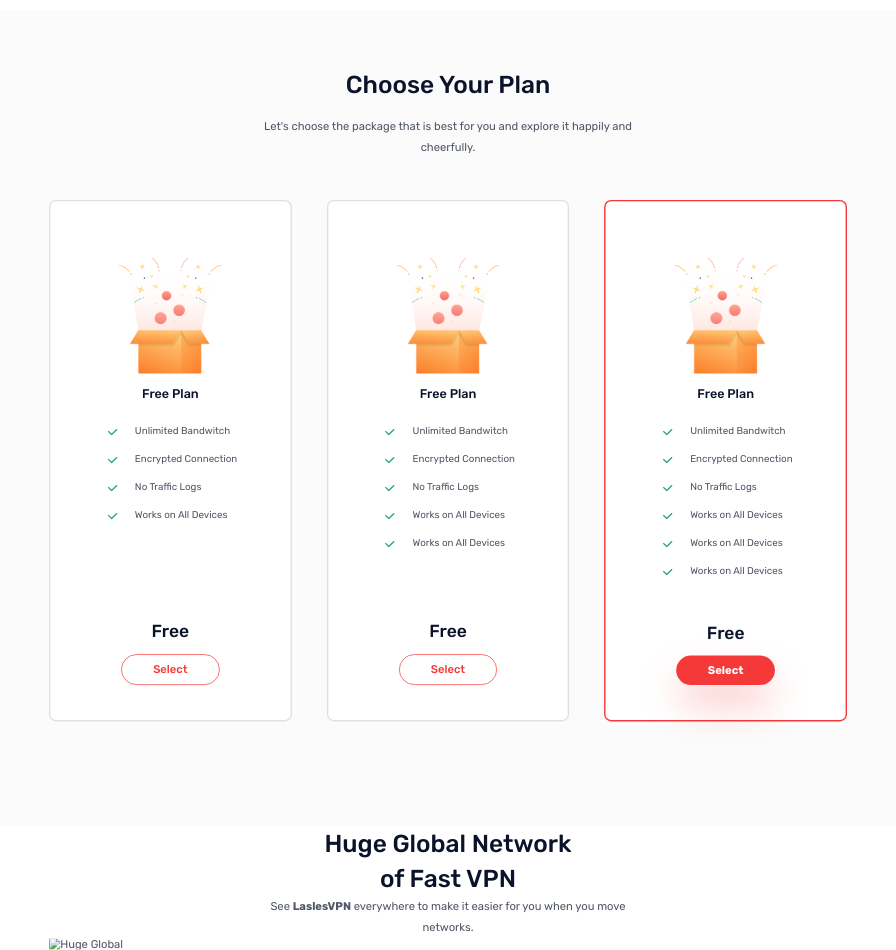
Repository: kebinh1235/lasles-demo
Page: index.html
These files come from the project's save history. The page is drawn as it stood at one moment and after the next save; the edit follows.
The browser window is 1280 px wide. The pictures show the part of the page from y = 1421 to 3341 px (the page is 2778 px tall before and 3341 px after), at 70% of full size.
The style sheet was rebuilt from its Sass, Less or Tailwind sources for each picture, by a compiler version that may differ from the author's.

Above is the page before, as saved 2021-11-04 13:55:51.

### index.html
<!DOCTYPE html>
<html lang="en">
<head>
  <meta charset="UTF-8">
  <meta http-equiv="X-UA-Compatible" content="IE=edge">
  <meta name="viewport" content="width=device-width, initial-scale=1.0">
  <title>Lales VPN</title>
  <!-- Google Font -->
  <link rel="preconnect" href="https://fonts.googleapis.com">
  <link rel="preconnect" href="https://fonts.gstatic.com" crossorigin>
  <link href="https://fonts.googleapis.com/css2?family=Nunito:wght@300;400&family=Rubik:wght@400;500;700&display=swap" rel="stylesheet">
  <!-- CSS -->
  <link rel="stylesheet" href="./css/app.css">
</head>
<body>
  <div class="wrapper">
    <header class="header">
      <div class="container">
        <div class="header__container">
          <img class="header__logo" srcset="./images/logo.png 2x" alt="Logo">
          <ul class="menu">
            <li class="menu-item">
              <a href="#" class="menu-link">Home</a>
            </li>
            <li class="menu-item">
              <a href="#" class="menu-link">Features</a>
            </li>
            <li class="menu-item">
              <a href="#" class="menu-link">Pricing</a>
            </li>
            <li class="menu-item">
              <a href="#" class="menu-link">Testimonials</a>
            </li>
            <li class="menu-item">
              <a href="#" class="menu-link">Help</a>
            </li>
          </ul>
          <div class="header__auth">
            <a href="#" class="header__auth-signin">Sign In</a>
            <a href="#" class="btn btn__outline">Sign Up</a>
          </div>
        </div>
      </div>
    </header>
    <main>
      <section class="hero">
        <div class="container">
          <div class="hero__container">
            <div class="hero__content">
              <h1 class="hero__title">
                Want anything to be easy with <strong>LaslesVPN.</strong>
              </h1>
              <p class="hero__desc">Provide a network for all your needs with ease and fun using <strong>LaslesVPN.</strong> discover interesting features from us.</p>
              <a href="#" class="btn btn__primary btn__rounded-sm">Get Started</a>
            </div>
            <div class="hero__img">
              <img srcset="./images/hero.png 2x" alt="">
            </div>
          </div>
        </div>
      </section>
      <section class="intro">
        <div class="container">
          <div class="intro__container">
            <div class="intro__item">
              <div class="intro__icon">
                <img src="./images/Icon/Group 1216.png" alt="Users" title="Users">
              </div>
              <div class="intro__info">
                <h3 class="intro__title">90+</h3>
                <span class="intro__text">Users</span>
              </div>
            </div>
            <div class="intro__item">
              <div class="intro__icon">
                <img srcset="./images/Icon/location.png 2x"alt="Location" title="Location">
              </div>
              <div class="intro__info">
                <h3 class="intro__title">30+</h3>
                <span class="intro__text">Locations</span>
              </div>
            </div>
            <div class="intro__item">
              <div class="intro__icon">
                <img srcset="./images/Icon/Server.png 2x" alt="Server" title="Server">
              </div>
              <div class="intro__info">
                <h3 class="intro__title">50+</h3>
                <span class="intro__text">Servers</span>
              </div>
            </div>
          </div>
        </div>
      </section>
      <section class="feature">
        <div class="container">
          <div class="feature__container">
            <div class="feature__img">
              <img srcset="./images/fearture.png 2x" alt="Feature" title="Feature">
            </div>
            <div class="feature__info">
              <h2 class="feature__title heading">We Provide Many Features You Can Use</h2>
              <p class="feature__desc text">You can explore the features that we provide with fun and have their own functions each feature.</p>
              <ul class="feature__list">
                <li class="feature__item">
                  <img src="./images/Icon/check.svg" alt="Checked" title="Checked">
                  <span>Powerfull online protection.</span>
                </li>
                <li class="feature__item">
                  <img src="./images/Icon/check.svg" alt="Checked" title="Checked">
                  <span>Internet without borders.</span>
                </li>
                <li class="feature__item">
                  <img src="./images/Icon/check.svg" alt="Checked" title="Checked">
                  <span>Supercharged VPN</span>
                </li>
                <li class="feature__item">
                  <img src="./images/Icon/check.svg" alt="Checked" title="Checked">
                  <span>No specific time limits.</span>
                </li>
              </ul>
            </div>
          </div>
        </div>
      </section>
      <section class="plan">
        <div class="container">
          <div class="plan__container">
            <div class="plan__header">
              <h2 class="heading">Choose Your Plan</h2>
              <p class="plan__desc text">Let's choose the package that is best for you and explore it happily and cheerfully.</p>
            </div>
            <div class="plan__main">
              <div class="plan__item">
                <div class="plan__img">
                  <img srcset="./images/Icon/Free.png 2x" alt="Free Plan" title="Free Plan">
                </div>
                <h3 class="plan__title">Free Plan</h3>
                <ul class="plan__list">
                  <li class="plan__list-item">
                    <img src="./images/Icon/checkplan.svg" alt="">
                    <span>Unlimited Bandwitch</span>
                  </li>
                  <li class="plan__list-item">
                    <img src="./images/Icon/checkplan.svg" alt="">
                    <span>Encrypted Connection</span>
                  </li>
                  <li class="plan__list-item">
                    <img src="./images/Icon/checkplan.svg" alt="">
                    <span>No Traffic Logs</span>
                  </li>
                  <li class="plan__list-item">
                    <img src="./images/Icon/checkplan.svg" alt="">
                    <span>Works on All Devices</span>
                  </li>
                </ul>
                <h4 class="plan__price">Free</h4>
                <a href="#" class="btn btn__outline">Select</a>
              </div>
              <div class="plan__item">
                <div class="plan__img">
                  <img srcset="./images/Icon/Free.png 2x" alt="Free Plan" title="Free Plan">
                </div>
                <h3 class="plan__title">Free Plan</h3>
                <ul class="plan__list">
                  <li class="plan__list-item">
                    <img src="./images/Icon/checkplan.svg" alt="">
                    <span>Unlimited Bandwitch</span>
                  </li>
                  <li class="plan__list-item">
                    <img src="./images/Icon/checkplan.svg" alt="">
                    <span>Encrypted Connection</span>
                  </li>
                  <li class="plan__list-item">
                    <img src="./images/Icon/checkplan.svg" alt="">
                    <span>No Traffic Logs</span>
                  </li>
                  <li class="plan__list-item">
                    <img src="./images/Icon/checkplan.svg" alt="">
                    <span>Works on All Devices</span>
                  </li>
                  <li class="plan__list-item">
                    <img src="./images/Icon/checkplan.svg" alt="">
                    <span>Works on All Devices</span>
                  </li>
                </ul>
                <h4 class="plan__price">Free</h4>
                <a href="#" class="btn btn__outline">Select</a>
              </div>
              <div class="plan__item plan__active">
                <div class="plan__img">
                  <img srcset="./images/Icon/Free.png 2x" alt="Free Plan" title="Free Plan">
                </div>
                <h3 class="plan__title">Free Plan</h3>
                <ul class="plan__list">
                  <li class="plan__list-item">
                    <img src="./images/Icon/checkplan.svg" alt="">
                    <span>Unlimited Bandwitch</span>
                  </li>
                  <li class="plan__list-item">
                    <img src="./images/Icon/checkplan.svg" alt="">
                    <span>Encrypted Connection</span>
                  </li>
                  <li class="plan__list-item">
                    <img src="./images/Icon/checkplan.svg" alt="">
                    <span>No Traffic Logs</span>
                  </li>
                  <li class="plan__list-item">
                    <img src="./images/Icon/checkplan.svg" alt="">
                    <span>Works on All Devices</span>
                  </li>
                  <li class="plan__list-item">
                    <img src="./images/Icon/checkplan.svg" alt="">
                    <span>Works on All Devices</span>
                  </li>
                  <li class="plan__list-item">
                    <img src="./images/Icon/checkplan.svg" alt="">
                    <span>Works on All Devices</span>
                  </li>
                </ul>
                <h4 class="plan__price">Free</h4>
                <a href="#" class="btn btn__primary">Select</a>
              </div>
            </div>
          </div>
        </div>
      </section>
      <section class="network">
        <div class="container">
          <div class="network-container">
            <div class="network__container">
              <div class="network__header">
                <h2 class="network__title heading">Huge Global Network of Fast VPN</h2>
                <p class="network__desc text">See <strong>LaslesVPN</strong> everywhere to make it easier for you when you move networks.</p>
              </div>
              <div class="network__img">
                <img srcset="./images/Huge Global.png 2x" alt="Huge Global" title="Huge Global">
              </div>
          </div>
        </div>
      </section>
    </main>
  </div>
</body>
</html>

### sass/app.scss
@import "variables";
@import "global";
@import "reset";
@import "header";
@import "hero";
@import "intro";
@import "feature";
@import "plan";
@import "network";

### sass/_variables.scss
$font: "Rubik", sans-serif;
$text-color: #4f5665;
$heading-color: #0b132a;
$primary-color: #f53838;
$gray-color: #DDE0E4;
$gray-light-color: #fbfbfb;
$white-color: #fff;

### sass/_global.scss
.wrapper {
  max-width: 1440px;
  margin: 0 auto;
}
.container {
  max-width: 1170px;
  padding: 0 15px;
  margin: 0 auto;
}
body {
  font-family: $font;
  color: $text-color;
  line-height: 1;
  font-weight: 400;
  background: $white-color;
}
h1, h2, h3, h4, h5, h6 {
  color: $heading-color;
  font-weight: bold;
}
.btn {
  display: inline-block;
  padding: 13px 45px;
  border-radius: 100rem;
  font-family: $font;
  line-height: 1;
  font-weight: 500;
  cursor: pointer;
  &__primary {
    background: $primary-color;
    font-weight: 700;
    color: $white-color;
    box-shadow: 0 30px 54px -5px rgba(245, 56, 56, 0.35);
    &:hover {
      background: $white-color;
      transition: all .3s linear;
      color: $primary-color;
      border-color: $primary-color;
      transform: translateY(-2px);
    }
  }
  &__outline {
    background: transparent;
    color: $primary-color;
    border: 1px solid $primary-color;
    font-weight: 500;
    &:hover {
      background: $primary-color;
      transition: all .3s linear;
      color: $white-color;
      transform: translateY(-2px);
    }
  }
  &__rounded-sm {
    border-radius: 0.4rem;
  }
}
.heading {
  font-weight: 500;
  font-size: 35px;
  line-height: calc(50 / 35);
  margin-bottom: 20px;
}
.text {
  line-height: calc(30 / 16);
}

### sass/_reset.scss
html {
box-sizing: border-box;
}
* {
  margin: 0;
  padding: 0;
  text-decoration: none;
  list-style: none;
}
*,*:before,*:after {
box-sizing: border-box;
}
input,
textarea,
select,
button{
outline: none;
}
input{
line-height: normal;
}
label,
button{
cursor: pointer;
}
a {
text-decoration: none;
}
img {
display: block;
max-width: 100%;
}

### sass/_header.scss
.header {
  padding-top: 50px;
  padding-bottom: 90px;
  &__container {
    display:flex;
    justify-content: space-between;
    align-items: center;
  }
  &__auth {
    display:flex;
    align-items: center;
    gap: 0 30px;
    text-transform: capitalize;
    font-weight: 500;
    &-signin {
      color: $heading-color;
    }
    &-signup {
      color: $primary-color;
      border: 1px solid $primary-color;
      padding: 13px 45px;
      border-radius: 100rem;
    }

  }
}
.menu {
  display: flex;
  align-self: center;
  gap: 0 40px;
  &-link {
    color: inherit;
  }
}

### sass/_hero.scss
.hero {
  padding-bottom: 100px;
  &__container {
    display:flex;
    justify-content: space-between;
    align-items: center;
    gap: 0 40px;
    position: relative;
  }
  &__content {
    width: 100%;
    max-width: 555px;
  }
  &__title {
    font-size: 50px;
    font-weight: 500;
    margin-bottom: 20px;
    line-height: calc(70 / 50);
    color: $heading-color;
  }
  &__desc {
    flex-shrink: 0;
    line-height: calc(30 / 16);
    margin-bottom: 50px;
    strong {
      font-weight: 500;
    }
  }
  &__img {
    position: absolute;
    top: 50%;
    transform: translate(40px, -50%);
    right: 0;
  }
}
@media (max-width: 1023px) {
  .hero__container {
    flex-direction: row;
  }
}

### sass/_intro.scss
.intro {
  margin-bottom: 95px;
  &__container {
    background: #FFFFFF;
    border-radius: 10px;
    box-shadow: 0 42px 114px rgba(13,16,37, 0.064);
    padding: 37px 0;
    display: grid;
    grid-template-columns: repeat(3, minmax(0, 1fr));
    min-height: 200px;
  }
  &__item {
    display:flex;
    align-items: center;
    justify-content: center;
    gap: 0 37px;
    &:nth-child(2) {
      border-left: 2px solid #EEEFF2;
      border-right: 2px solid #EEEFF2;
    }
  }
  &__title {
    font-size: 25px;
    margin-bottom: 5px;
    line-height: calc(30 / 25);
  }
  &__text {
    font-size: 20px;
    line-height: calc(30 / 20);
  }
}

### sass/_feature.scss
.feature {
  padding-bottom: 130px;
  &__container{
    display:flex;
    justify-content: space-between;
    align-items: center;
    gap: 0 170px;
  }
  &__desc {
    max-width: 430px;
    margin-bottom: 20px;
  }
  &__title {
    max-width: 384px;
  }
  &__item {
    display: flex;
    align-items: center;
    gap: 0 10px;
    margin-bottom: 15px;
    font-size: 14px;
  }
}

### sass/_plan.scss
.plan {
  padding: 80px 0 150px;
  background: $gray-light-color;
  &__container {
  }
  &__header {
    max-width: 555px;
    margin: 0 auto 60px;
    text-align: center;
  }
  &__desc {
    line-height: calc(30 / 16);
  }
  &__main {
    display: grid;
    grid-template-columns: repeat(3, minmax(0, 1fr));
    grid-gap: 0 50px;
  }
  &__item {
    background: $white-color;
    border: 2px solid $gray-color;
    border-radius: 10px;
    padding: 80px 50px 50px;
    display: flex;
    flex-direction: column;
    justify-content: center;
    align-items: center;
    cursor: pointer;
  }
  &__item.plan__active,
  &__item:hover {
    border-color: $primary-color;
    transition: all .3s linear;
    .btn {
        background-color: $primary-color;
        color: $white-color;
        transition: all .3s linear;
    }
  }
  &__img {
    margin-bottom: 20px;
  }
  &__title {
    font-size: 18px;
    font-weight: 500;
    margin-bottom: 30px;
  }
  &__list {
    margin-bottom: 50px;
    &-item {
      display: flex;
      align-items: center;
      margin-bottom: 10px;
      line-height: calc(30 / 14);
      gap: 0 20px;
      font-size: 14px;
    }
  }
  &__price {
    font-size: 25px;
    font-weight: 500;
    margin-bottom: 20px;
    margin-top: auto;
  }
}

### sass/_network.scss
.network {
    &__container {

    }
    &__header {
        text-align: center;
        margin: 0 auto;
        max-width: 555px;
    }
    &__title {
        max-width: 384px;
        margin: 0 auto;
    }
    &__desc {
        font-size: 16;
        line-height: calc(30/16);
    }
}

After the next save:
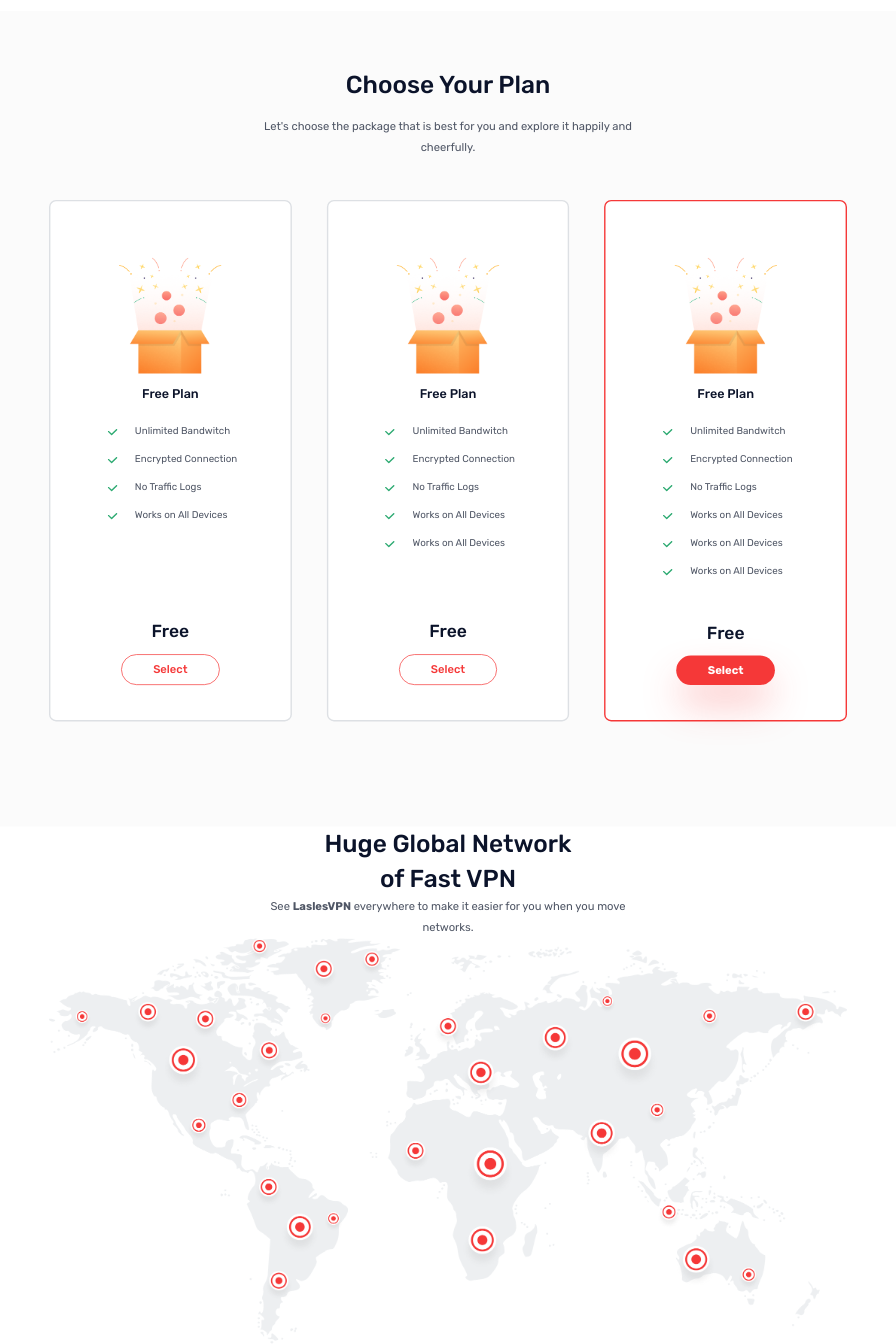
Saved 19 s later.
--- a/index.html
+++ b/index.html
@@ -234,7 +234,7 @@
                 <p class="network__desc text">See <strong>LaslesVPN</strong> everywhere to make it easier for you when you move networks.</p>
               </div>
               <div class="network__img">
-                <img srcset="./images/Huge Global.png 2x" alt="Huge Global" title="Huge Global">
+                <img src="./images/Huge Global.png" alt="Huge Global" title="Huge Global">
               </div>
           </div>
         </div>
